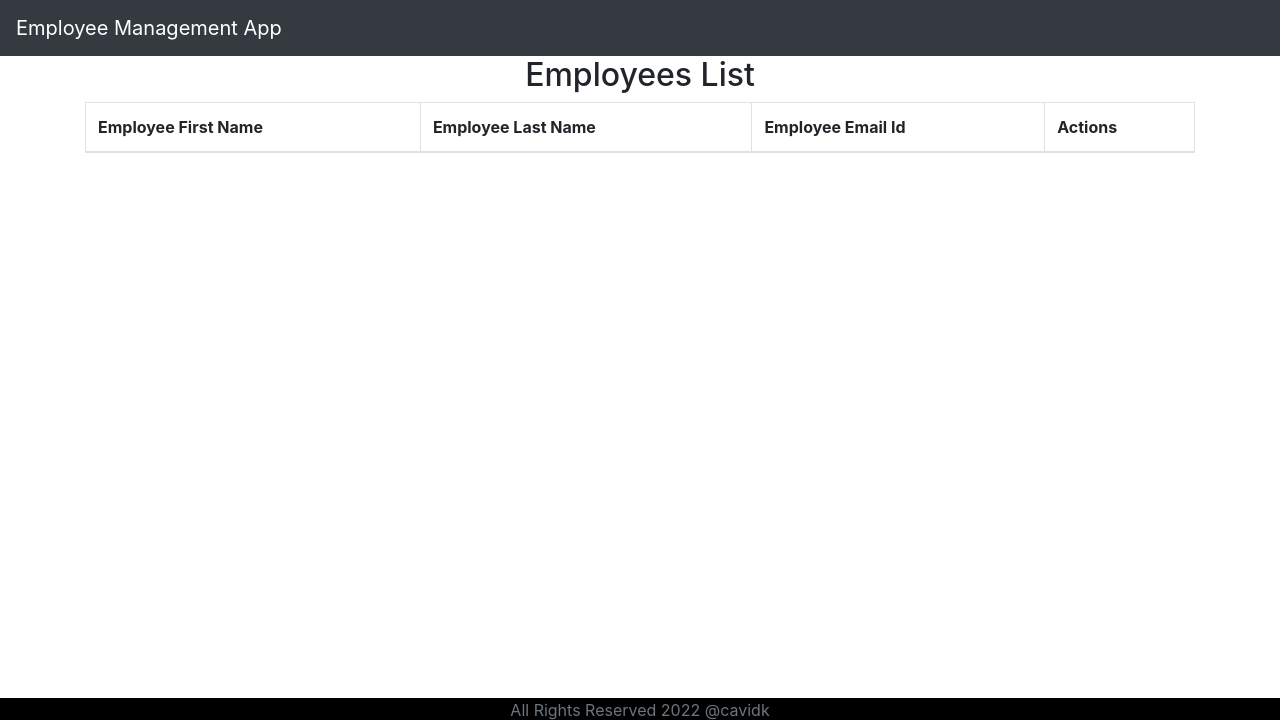
Repository: cavidk/react-springboot-crud-app-front
Page: / (app in react-fontend/)
An editor plug-in stored every save of this project. The page is shown before and after the next save, followed by the edit.
The browser window is 1280 px wide. The pictures show the whole page.
The page's requests for data from a server got no answer. The project was rebuilt for these pictures with package versions that can differ from the ones it lists, and the page was loaded fresh each time. No one was signed in, and anything a server would have sent is missing.

Above is the page before, as saved 2022-09-18 12:47:58.

After the next save:
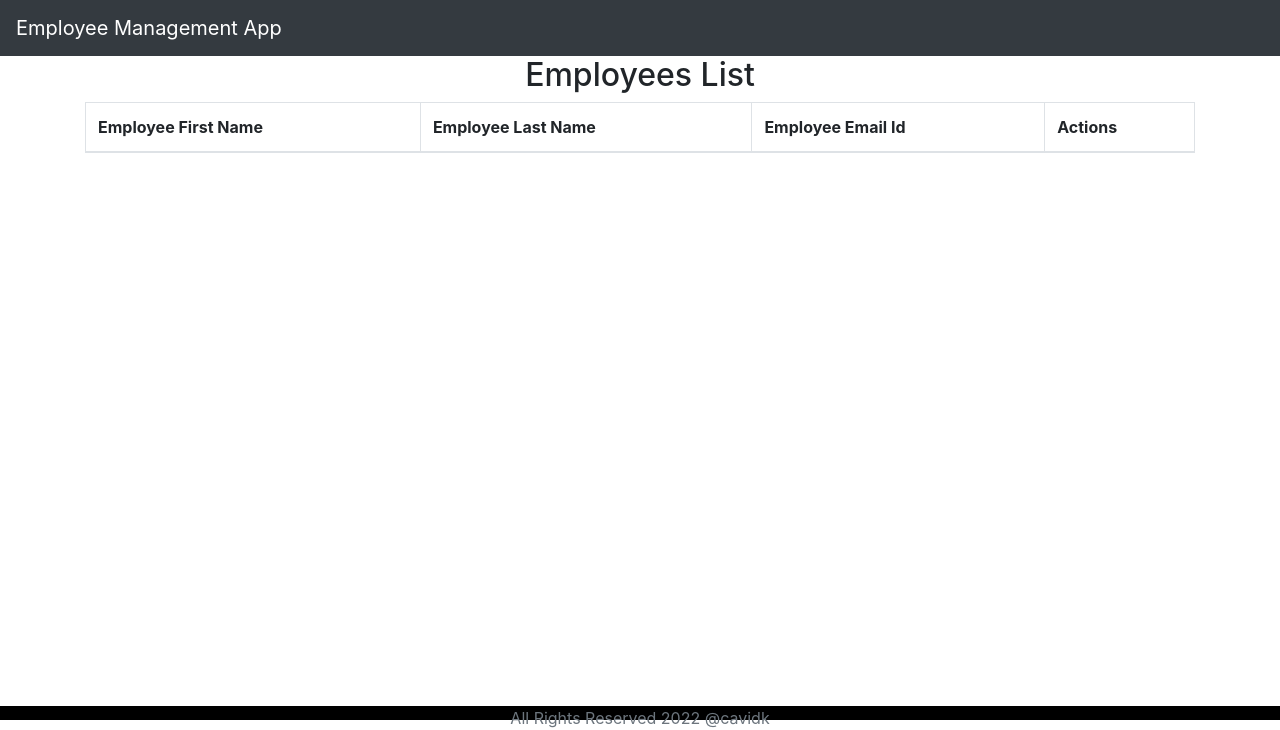
Saved 5 s later.
--- a/react-fontend/src/App.css
+++ b/react-fontend/src/App.css
@@ -41,7 +41,7 @@
 position: absolute;
 bottom: 0%;
 width: 100%;
-height: 3%;
+height: 2%;
 background-color: black;
 text-align: center;
 color: white;
